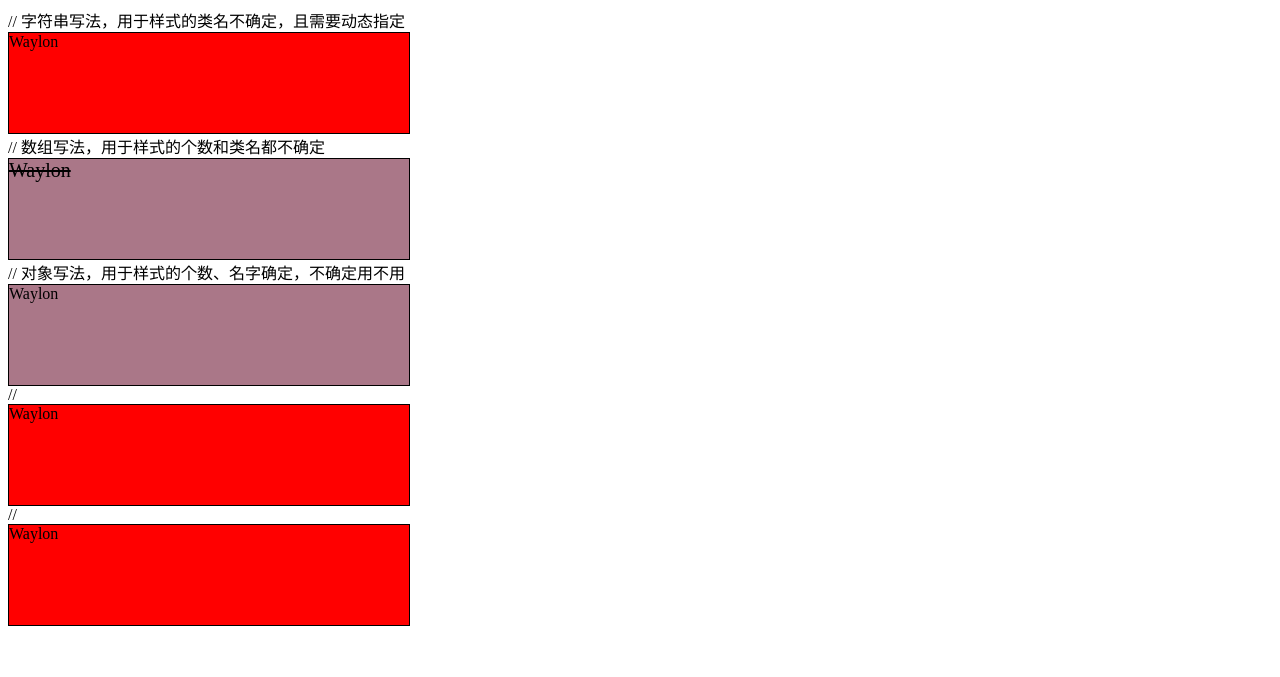
Repository: WAY-C/JSCodes
Page: Vue/10绑定样式/1绑定样式.html
The author's editor kept a copy of each file at every save. The page is drawn from the files as they stood at one save, then again after the next save.
The browser window is 1280 px wide. The pictures show the whole page.

Above is the page before, as saved 2021-08-29 14:36:55.

After the next save:
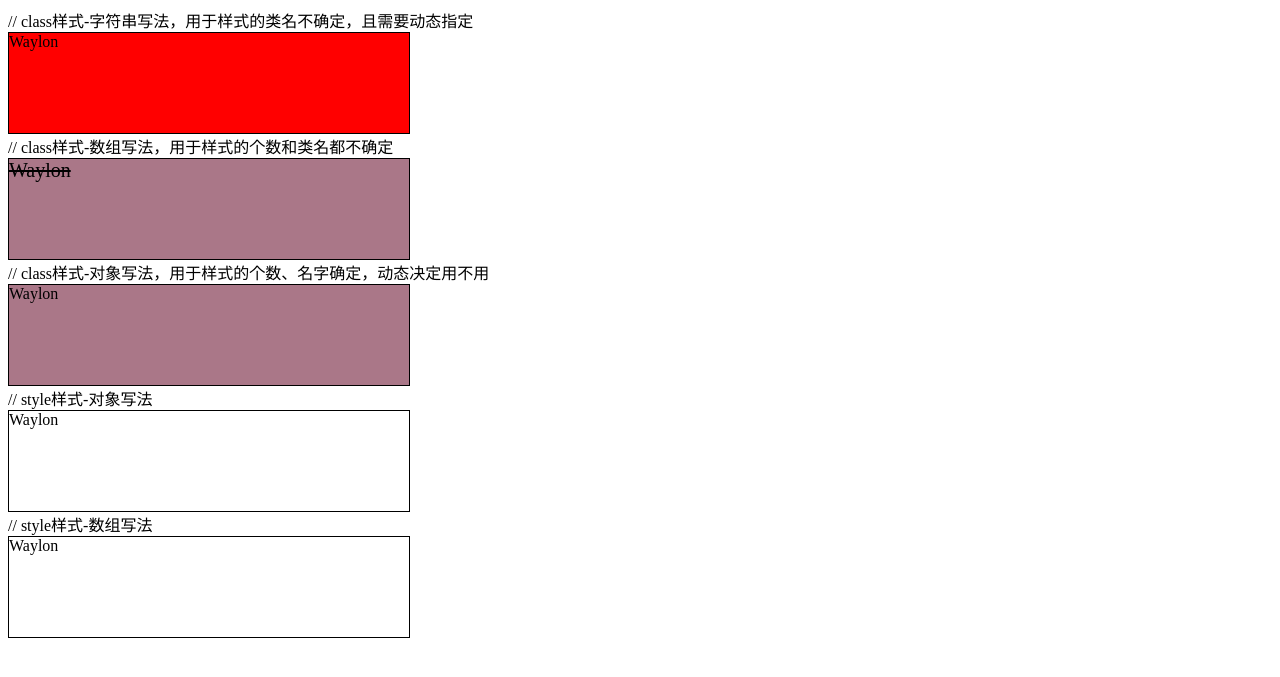
Saved 6 min 55 s later.
--- a/Vue/10绑定样式/1绑定样式.html
+++ b/Vue/10绑定样式/1绑定样式.html
@@ -45,16 +45,16 @@
 
 <body>
     <div id="root">
-        // 字符串写法，用于样式的类名不确定，且需要动态指定
+        // class样式-字符串写法，用于样式的类名不确定，且需要动态指定
         <div class="basic" :class="mood" @click="changeMood">{{name}}</div>
-        // 数组写法，用于样式的个数和类名都不确定
+        // class样式-数组写法，用于样式的个数和类名都不确定
         <div class="basic" :class="classArr">{{name}}</div>
-        // 对象写法，用于样式的个数、名字确定，不确定用不用
+        // class样式-对象写法，用于样式的个数、名字确定，动态决定用不用
         <div class="basic" :class="classObj">{{name}}</div>
-        //
-        <div class="basic" :class="mood">{{name}}</div>
-        //
-        <div class="basic" :class="mood">{{name}}</div>
+        // style样式-对象写法
+        <div class="basic" :class="styleObj">{{name}}</div>
+        // style样式-数组写法
+        <div class="basic" :class="styleArr">{{name}}</div>
     </div>
 </body>
 <script>
@@ -68,7 +68,23 @@
             classObj: {
                 style1: true,
                 style2: false
-            }
+            },
+            styleObj: {
+                color: 'red',
+                fontSize: '50px'
+            },
+            styleObj2: {
+                backgroundColor: 'orange'
+            },
+            styleArr: [
+                {
+                    color: 'green',
+                    fontSize: '60px'
+                },
+                {
+                    backgroundColor: 'skyblue'
+                }
+            ]
         },
         methods: {
             changeMood() {
